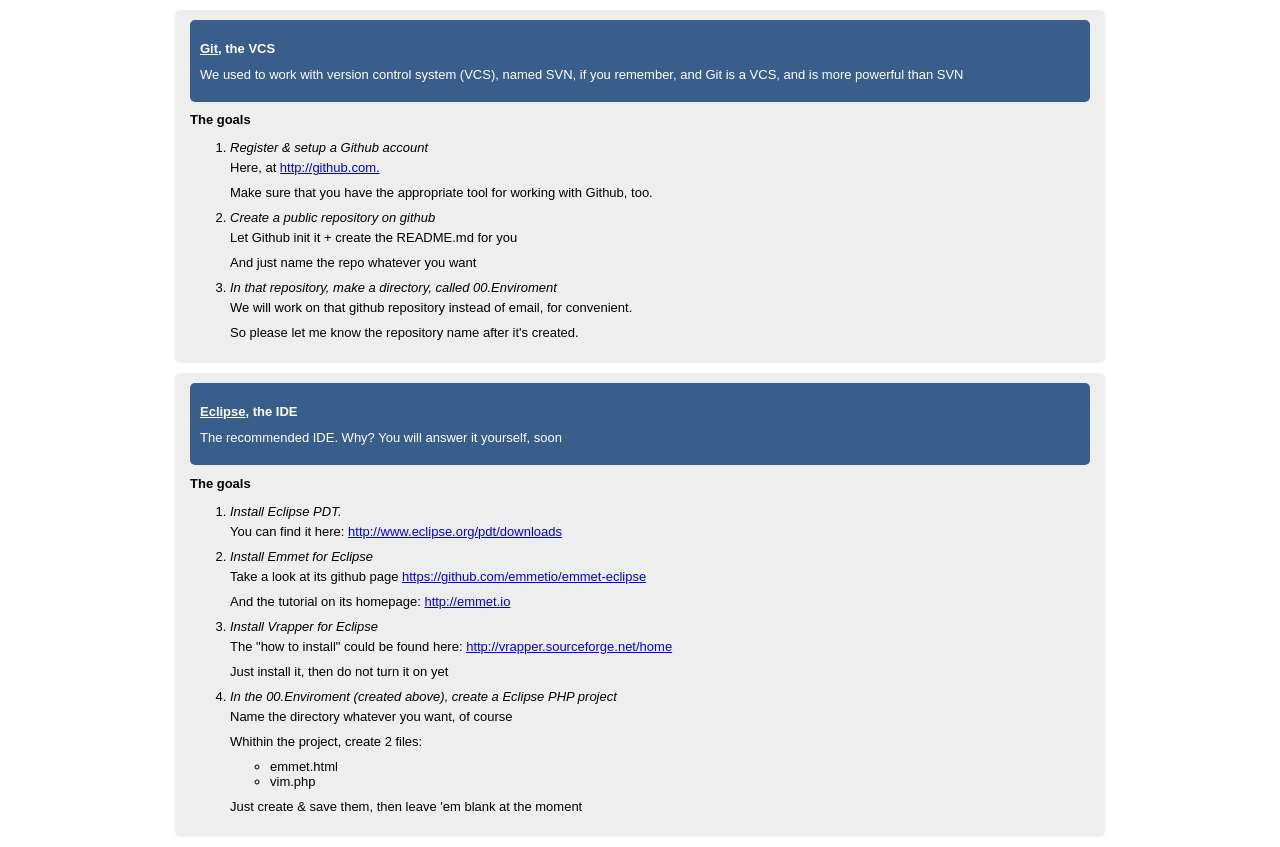
Repository: mrdo2010vn/00.enviroment
Page: 00.TestingEnviroment/emmet.html
These files come from the project's save history. The page is drawn as it stood at one moment and after the next save; the edit follows.
The browser window is 1280 px wide. The pictures show the whole page.

Above is the page before, as saved 2013-09-25 09:00:42.

### 00.TestingEnviroment/emmet.html
<!DOCTYPE html PUBLIC "-//W3C//DTD HTML 4.01 Transitional//EN" "http://www.w3.org/TR/html4/loose.dtd">
<html>
<head>
<meta http-equiv="Content-Type" content="text/html; charset=UTF-8">
<link rel="stylesheet" href="css/style.css" />
<title>00.Enviroment</title>
</head>
<body>
	<div class="part">
		<div class="title">
			<h2><span class="underscore">Git</span>, the VCS</h2>
			<p>We used to work with version control system (VCS), named SVN, if you remember, and Git is a VCS, and is more powerful than SVN</p>
		</div><!-- END .title -->
		<div class="content">
			<h2>The goals</h2>
			<ol>
				<li><span class="italic">Register & setup a Github account</span>
					<blockquote>
						<p>Here, at <a href="http://github.com">http://github.com.</a></p>
						<p>Make sure that you have the appropriate tool for working with Github, too.</p>
					</blockquote>
				</li>

				<li><span class="italic">Create a public repository on github</span>
					<blockquote>
						<p>Let Github init it + create the <span class="bold">README.md</span> for you</p>
						<p>And just name the repo whatever you want</p>
					</blockquote>
				</li>
				<li><span class="italic">In that repository, make a directory, called</span> <span class="bold italic">00.Enviroment</span>
					<blockquote>
						<p>We will work on that github repository instead of email, for convenient.</p>
						<p>So please let me know the repository name after it's created.</p>
					</blockquote>
				</li>
			</ol>
		</div><!-- END .content -->
	</div><!-- END .part -->

	<div class="part">
		<div class="title">
			<h2><span class="underscore">Eclipse</span>, the IDE</h2>
			<p>The recommended IDE. Why? You will answer it yourself, soon</p>
		</div><!-- END .title -->
		<div class="content">
			<h2>The goals</h2>
			<ol>
				<li><span class="italic">Install Eclipse PDT.</span>
					<blockquote>
						<p>You can find it here: <a href="http://www.eclipse.org/pdt/downloads">http://www.eclipse.org/pdt/downloads</a></p>
					</blockquote>
				</li>

				<li><span class="italic">Install Emmet for Eclipse</span>
					<blockquote>
						<p>Take a look at its github page <a href="https://github.com/emmetio/emmet-eclipse">https://github.com/emmetio/emmet-eclipse</a></p>
						<p>And the tutorial on its homepage: <a href="http://emmet.io">http://emmet.io</a></p>
					</blockquote>
				</li>
				<li><span class="italic">Install Vrapper for Eclipse</span>
					<blockquote>
						<p>The "how to install" could be found here: <a href="http://vrapper.sourceforge.net/home">http://vrapper.sourceforge.net/home</a></p>
						<p>Just install it, then <span class="bold">do not turn it on</span> yet</p>
					</blockquote>
				</li>
				<li><span class="italic">In the <span class="bold">00.Enviroment</span> (created above), create a Eclipse PHP project</span>
					<blockquote>
						<p>Name the directory whatever you want, of course</p>
						<p>Whithin the project, create 2 files:
							<ul>
								<li class="bold">emmet.html</li>
								<li class="bold">vim.php</li>
							</ul>
						</p>
						<p>Just create & save them, then leave 'em blank at the moment</p>
					</blockquote>
				</li>
			</ol>
		</div><!-- END .content -->
	</div><!-- END .part -->
</body>
</html>

### 00.TestingEnviroment/css/style.css
@CHARSET "UTF-8";

/* =============== HTML DEFAULT =============== */
html, body {
    margin: 0;
    padding: 0;
}
p, pre, blockquote{
    padding: 0;
    margin: 5px 0 10px 0;
}
html {
    font-size: 100%;
}
* {
	font-family: "Arial", sans-serif;
	font-size: 13px;
}

/* ================ PART ================ */
.part {
	width:900px;
	margin: 10px auto;
	padding: 10px 15px;
	background: #EEEEEE;
	border-radius: 5px;
}

/* ================ TITILE ================ */
.title {
	background: #3A5E8C;
	padding: 10px;
	border-radius: 5px;
	color: #FFF;
}
.underscore {
	text-decoration: underline;
}
.bold {
	font-size: ;
}
.italic {
	font-style: italic;
}

After the next save:
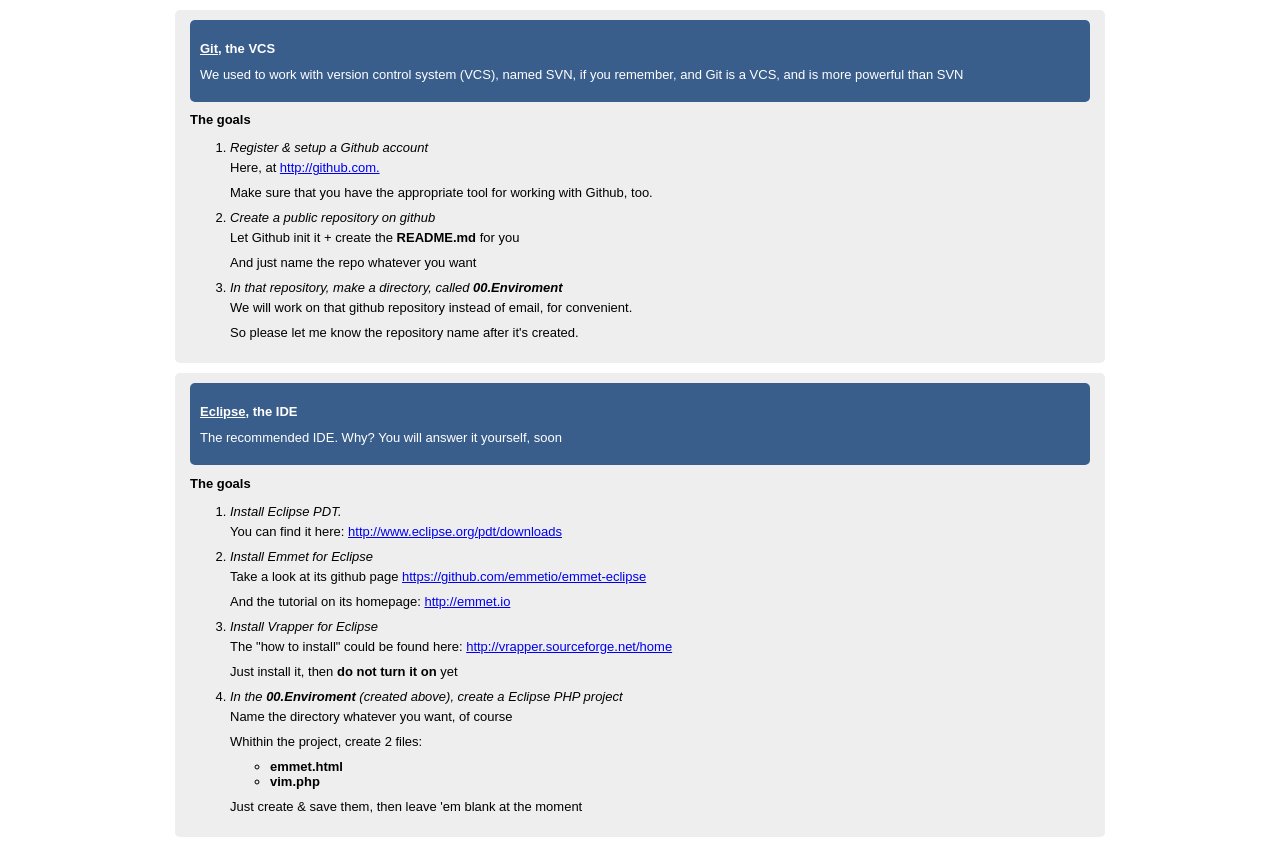
Saved 2 min 13 s later.
--- a/00.TestingEnviroment/css/style.css
+++ b/00.TestingEnviroment/css/style.css
@@ -37,7 +37,7 @@
 	text-decoration: underline;
 }
 .bold {
-	font-size: ;
+	font-weight: bold;
 }
 .italic {
 	font-style: italic;
